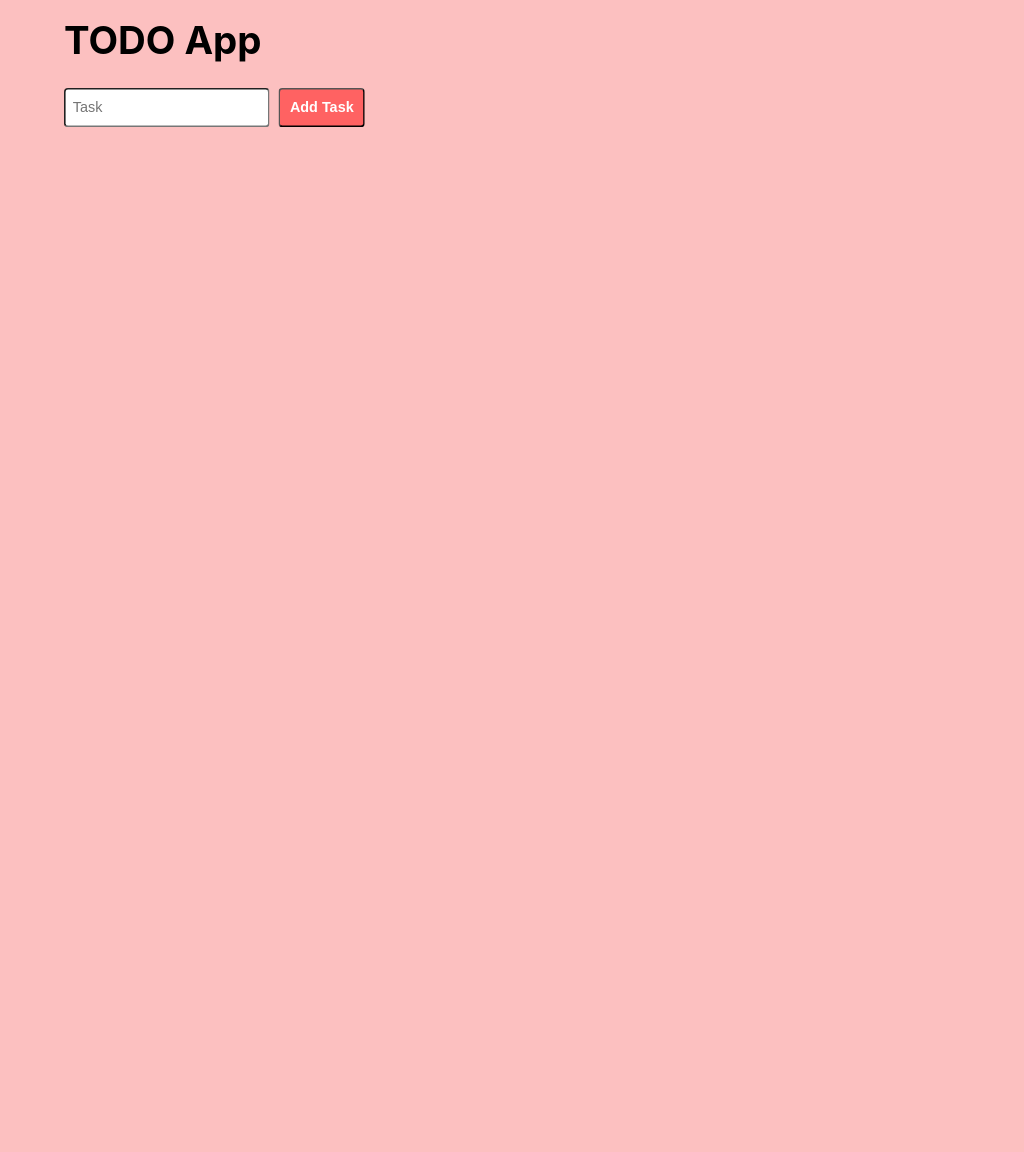
Repository: BhanuKaukuntla/TodoApp
Page: /
These files come from the project's save history. The page is drawn as it stood at one moment and after the next save; the edit follows.
The browser window is 1280 px wide. The pictures show the whole page, at 80% of full size.
The project was rebuilt for these pictures with package versions that can differ from the ones it lists, and the page was loaded fresh each time. Also part of the build but not shown: src/components/TodoItem/TodoItem.js.

Above is the page before, as saved 2021-12-04 10:07:37.

### src/index.js
import React from "react";
import ReactDOM from "react-dom";
import "./index.css";
import App from "./App";
import { Provider } from "react-redux";
import store from "./store";
import { PersistGate } from "redux-persist/integration/react";
import { persistor } from "./store";

ReactDOM.render(
  <React.StrictMode>
    <Provider store={store}>
      <PersistGate persistor={persistor}>
        <App />
      </PersistGate>
    </Provider>
  </React.StrictMode>,
  document.getElementById("root")
);

### src/index.css
*{
  margin: 0;
  padding: 0;
  /* font-family: "montserrat",sans-serif; */
  /* box-sizing: border-box; */
}

body {
  margin: 0;
  font-family: -apple-system, BlinkMacSystemFont, "Segoe UI", "Roboto", "Oxygen",
    "Ubuntu", "Cantarell", "Fira Sans", "Droid Sans", "Helvetica Neue",
    sans-serif;
  -webkit-font-smoothing: antialiased;
  -moz-osx-font-smoothing: grayscale;
}

/* code {
  font-family: source-code-pro, Menlo, Monaco, Consolas, "Courier New",
    monospace;
} */
.App {
  /* text-align: center; */
  height: 200vh;
  /* max-height: 100%; */
  /* background-color: #e77a7a; */
  /* background-color: #df8b8b; */
  background-color: #fcc0c0;
  margin-top: 0%;
  /* position: fixed; */
  width: 100%;
}

.title{
  padding-top: 20px;
  margin-left: 5rem;
  font-size: xxx-large;
}

.todoInput{
  margin-top: 1rem;
  margin-left: 5rem;
  font-size: x-large;
  margin-bottom: 1rem;
  /* width: 5rem; */
}

.form{
  border-radius: 10px;
  font-size: large;
  padding: 15px;
  /* width: 9rem; */
  padding-left: 0;
}

.input{
  border-radius: 5px;
  font-size: large;
  padding: 9px;
  width: 14.7rem;
  height: 1.7rem;
}

.inputButton{
  margin-left: 0.7rem;
  padding: 12px;
  border-radius: 5px;
  color: white;
  font-weight: 700;
  font-size: large;
  /* background-color: #df6a6a; */
  background-color: #ff6262;
  position: relative;
}

.todoList{
  /* align-items: center; */
  justify-content: space-between;
  display: flex;
  flex-direction: column;
  margin-bottom: 3rem;
}

.todoItem{
  /* padding: 5px;
  background-color: white;
  opacity: 0.8; */
  margin-right: 2rem;
  margin-left: 5rem;
  font-size: x-large;
  display: flex;
  align-items: center;
  justify-content: space-between;
  /* max-width: 20rem; */
  background-color: #ffffff;
  opacity: 0.5;
  margin-top: 1rem;
  border-radius: 5px;
  max-height: 3.4rem;
  /* max-width: 22.5rem; */
  padding: 2px;
  width: 21rem;
  height: 2.9rem;
  color: rgb(0, 0, 0);
  padding-left: 20px;
  font-weight: bold;
}

.editButton{
  /* margin-left: 1rem; */
  /* margin-right: 1px; */
  /* display: none; */
  /* border-radius: 1px; */
  display: inline-block;
  margin-left: auto;
  margin-right: 1rem;
  background-color: white;

}

.editTodo{
  /* align-items: center;
  margin-left: 1rem;
  margin-bottom: 0.5rem;
  margin-right: .5rem;
  padding: 3px; */
  padding: 9px;
  margin-left: 4rem;
  margin-right: auto;
}

.formItem{
  width: 10rem;
  padding: 11px;
  background-color: #fcd7d7;
}

.deleteButton{
  /* margin-left: 1rem; */
  margin-right: 8px;
  /* border-radius: 1px; */
  /* background-color: white;
  color: black; */
}

.icons{
  /* display: flex; */
  /* margin-left: 1rem; */
  /* justify-content: space-between; */
  display: flex-end;
}

### src/App.js
import AddTodo from "./components/AddTodo/AddTodo";
import TodoList from "./components/TodoList/TodoList";
import { useSelector } from "react-redux";
function App() {
  const taskobj = useSelector((state) => state.todos.data);
  return (
    <div className='App'>
      <h1 className="title">TODO App</h1>
      <AddTodo />
      <TodoList />
    </div>
  );
}

export default App;

### src/store.js
import { createStore } from "redux";
import rootReducer from "./reducers";
import { persistStore, persistReducer } from "redux-persist";
import storage from "redux-persist/lib/storage";

const persistConfig = {
  key: "root",
  storage,
};

const persistedReducer = persistReducer(persistConfig, rootReducer);

const store = createStore(
  persistedReducer,
  window.__REDUX_DEVTOOLS_EXTENSION__ && window.__REDUX_DEVTOOLS_EXTENSION__()
);

export const persistor = persistStore(store);

export default store;

### src/components/AddTodo/AddTodo.js
import React, { useState } from "react";
import { useDispatch } from "react-redux";
import { addTodo } from "../../actions";
import cuid from "cuid";

const AddTodo = () => {
  const [tasks, setTasks] = useState("");
  const dispatch = useDispatch();
  function handleInputChange(e) {
    setTasks(e.target.value);
    console.log(tasks);
  }
  function handleFormSubmit(e) {
    e.preventDefault();
    dispatch(addTodo({ task: tasks, id: cuid() }));
    e.target.userInput.value = "";
    console.log(tasks);
  }
  return (
    <div className="todoInput">
      <form className="form" onSubmit={handleFormSubmit}>
      <input
        className="input"
        placeholder="Task"
        type='text'
        name='userInput'
        onChange={(e) => handleInputChange(e)}
      />
      <button className="inputButton" type='submit'>Add Task</button>
     </form>
    </div>
  );
};

export default AddTodo;

### src/components/TodoList/TodoList.js
import React from "react";
import TodoItem from "../TodoItem/TodoItem";
import { useSelector } from "react-redux";

const TodoList = () => {
  const taskobj = useSelector((state) => state.todos.data);
  const taskItems = taskobj.map((task) => {
    return <TodoItem task={task} key={task.id} />;
  });

  return(
     <div className="todoList">
        {taskItems}
    </div>
    )
};

export default TodoList;

### src/reducers/index.js
import { combineReducers } from "redux";
import todos from "./todos";

const rootReducer = combineReducers({
  todos,
});
export default rootReducer;

### src/actions/index.js
import { ADD_TODO, DELETE_TODO, UPDATE_TODO } from "./types";

export const addTodo = (message) => ({
  type: ADD_TODO,
  message,
});

export const deleteTodo = (id) => ({
  type: DELETE_TODO,
  id,
});

export const updateTodo = ({ message, id }) => ({
  type: UPDATE_TODO,
  message,
  id,
});

### src/reducers/todos.js
const initialState = {
  data: [],
};

const todos = (state = initialState, action) => {
  switch (action.type) {
    case "ADD_TODO":
      return {
        ...state,
        data: [...state.data, action.message],
      };
    case "DELETE_TODO":
      return {
        ...state,
        data: [...state.data.filter((todo) => todo.id !== action.id)],
      };
    case "UPDATE_TODO":
      return {
        ...state,
        data: [
          ...state.data.filter((todo) => todo.id !== action.id),
          { task: action.message, id: action.id },
        ],
      };
    default:
      return state;
  }
};

export default todos;

### src/actions/types.js
export const ADD_TODO = "ADD_TODO";
export const DELETE_TODO = "DELETE_TODO";
export const UPDATE_TODO = "UPDATE_TODO";

Loaded but not shown: public/index.html (common file)

After the next save:
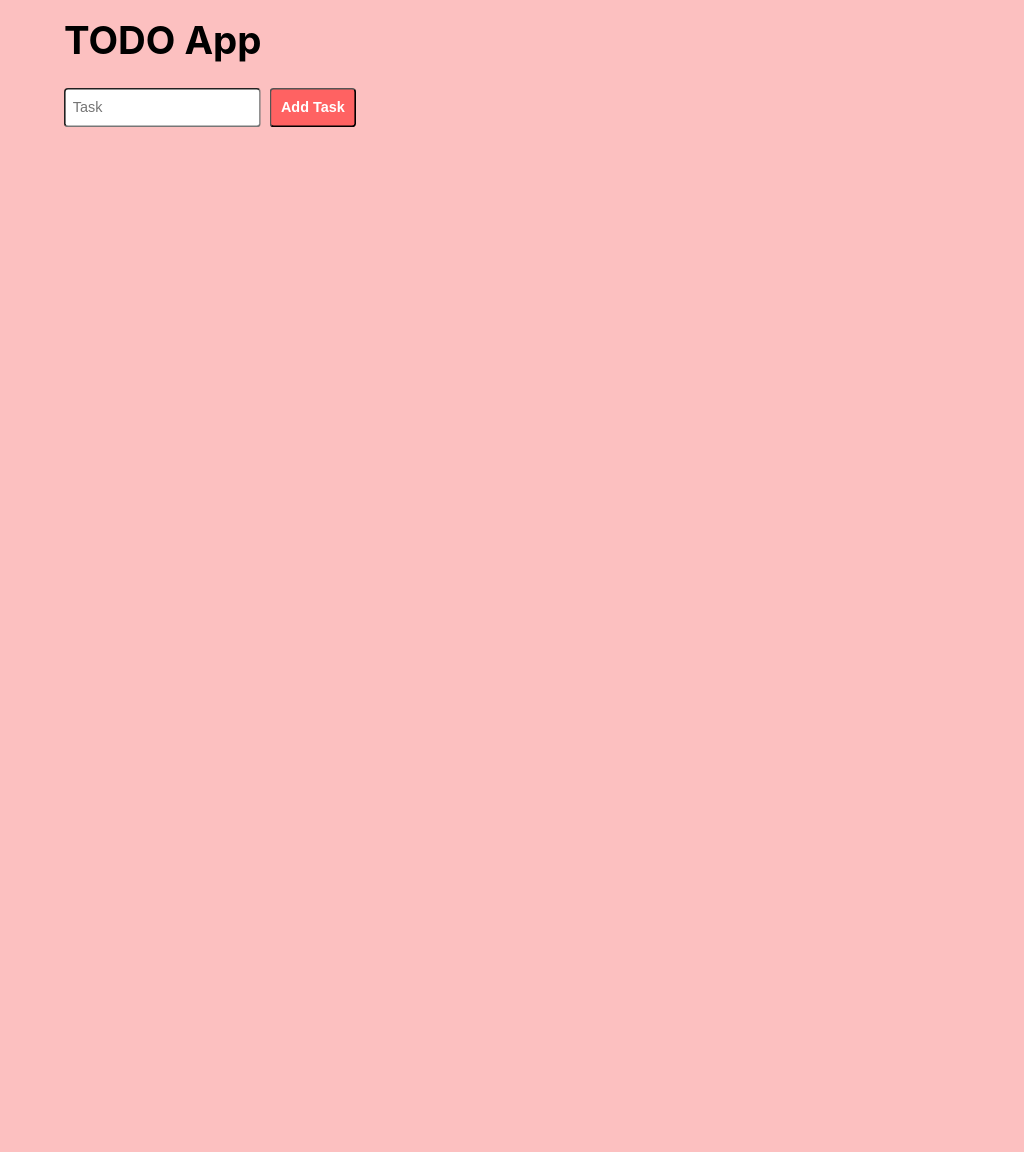
Saved 10 s later.
--- a/src/index.css
+++ b/src/index.css
@@ -56,7 +56,7 @@ body {
   border-radius: 5px;
   font-size: large;
   padding: 9px;
-  width: 14.7rem;
+  width: 14rem;
   height: 1.7rem;
 }
 
